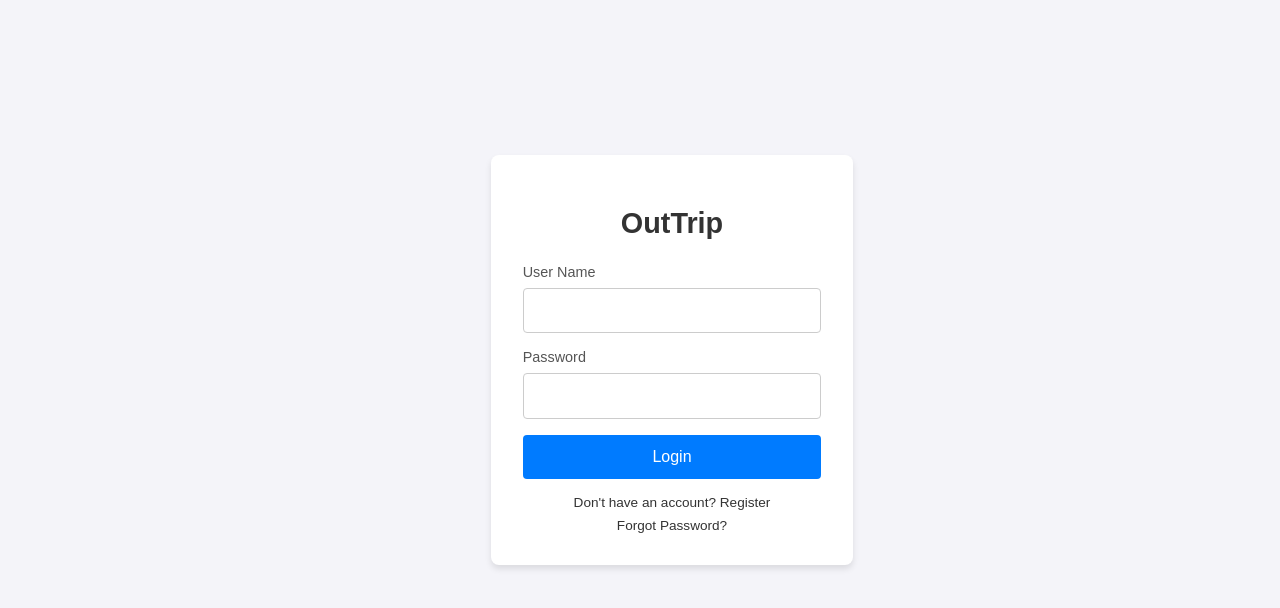
Repository: Nuttawut-Amattong/outtrip
Page: / (app in OutTrip/)
The author's editor kept a copy of each file at every save. The page is drawn from the files as they stood at one save, then again after a run of saves.
The browser window is 1280 px wide. The pictures show the whole page.
The project was rebuilt for these pictures with package versions that can differ from the ones it lists, and the page was loaded fresh each time. Also part of the build but not shown: OutTrip/vite.config.js, OutTrip/src/pages/Register.jsx.

Above is the page before, as saved 2025-05-18 22:53:14.

After the next 2 saves:
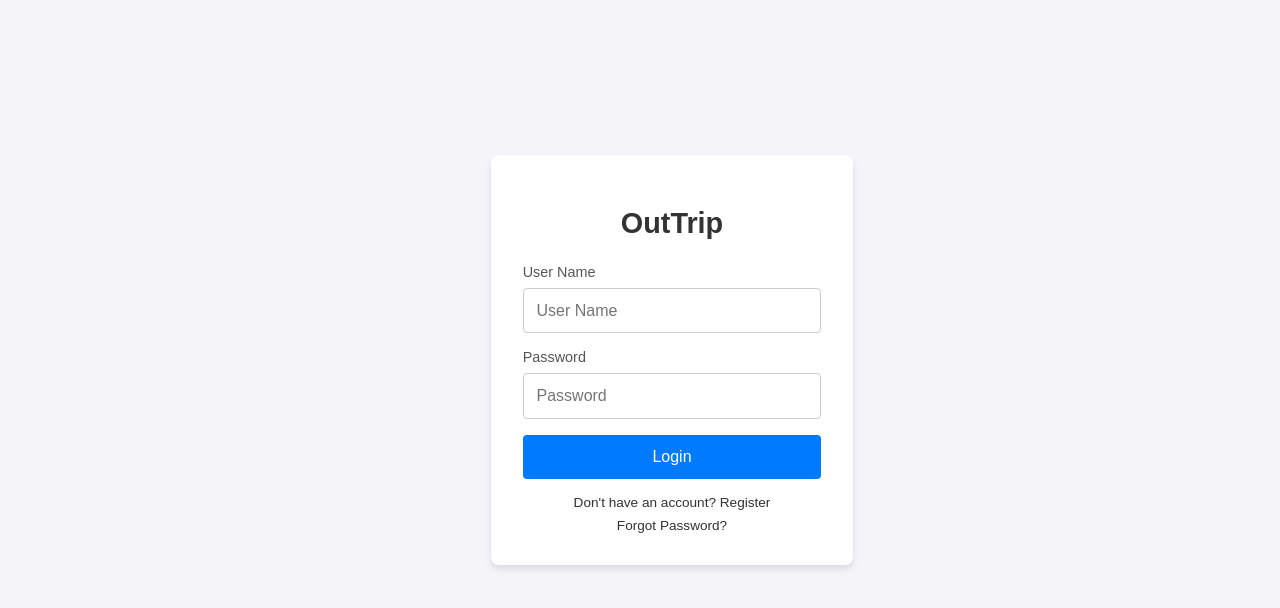
The 2 saves are shown as one change because they came seconds apart.
The last was saved 8 s later.
--- a/OutTrip/src/pages/Login.jsx
+++ b/OutTrip/src/pages/Login.jsx
@@ -21,6 +21,7 @@ function Login() {
                     id="user"
                     value={user}
                     onChange={(e) => setUser(e.target.value)}
+                    placeholder="User Name"
                     required
                 />
                 <label htmlFor="password">Password</label>
@@ -29,6 +30,7 @@ function Login() {
                     id="password"
                     value={password}
                     onChange={(e) => setPassword(e.target.value)}
+                    placeholder="Password"
                     required
                 />
                 <button type="submit">Login</button>
